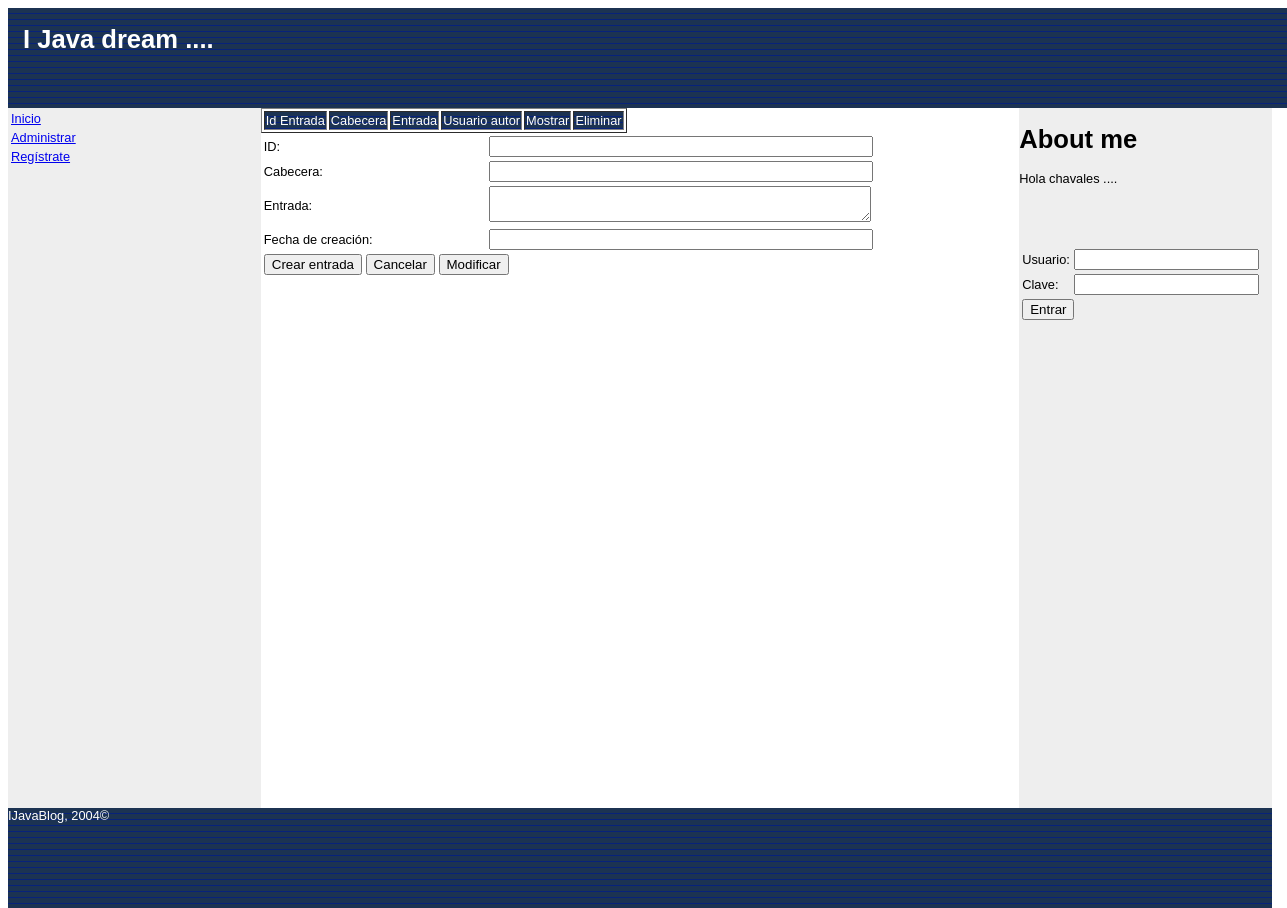
Repository: alruis/IJavaDreamBlog
Page: http://localhost/IJavaBlog/jsp/blog/inicio.jsp
An editor plug-in stored every save of this project. The page is shown before and after the next save, followed by the edit.
The browser window is 1280 px wide. The page is 1287 px wide, so the pictures cover 1287 px, including what lies to the right of the window. The pictures show the whole page.
The page is served by Tomcat 9. Nobody is signed in. The application's start-up code is not run. Other server files are loaded and not shown. The template is opened directly, without the code that normally fills it, so the values that code supplies are empty.

Above is the page before, as saved 2014-09-26 14:22:13.
Console error: ReferenceError: init is not defined

### IJavaBlog/WebContent/jsp/blog/inicio.jsp
<%@ page language="java" contentType="text/html; charset=UTF-8"
    pageEncoding="UTF-8"%>
     <%@page import="model.Entrada"%>
 <%@page import="java.util.List"%>
<%@ taglib prefix="c" uri="http://java.sun.com/jsp/jstl/core" %>
<%@ taglib prefix="form" uri="http://www.springframework.org/tags/form" %>
<!DOCTYPE html>
<html>
<head>
	<meta charset="UTF-8">
	<title>IJavaBlog</title>
	<!-- <link href="css/comun.css" rel="stylesheet" type="text/css" />  -->
	<!--<link href="css/bootstrap.css" rel="stylesheet" type="text/css" />  -->
	<link href="css/ijavablog.css" rel="stylesheet" type="text/css" />

	<script>

	const AGREGAR = 0;
		const MODIFICAR = 1;

		var confirmar = function() {
			var confirmado = confirm("Seguro que deseas eliminar la entrada?");
			return confirmado; // true o false
		};

		var guardar = function(op) {
			var form = document.forms.entradaForm;

			if (op == AGREGAR)
				form.action = "agregarEntrada.blog";
			else if (op == MODIFICAR)
				form.action = "modificarEntrada.blog";

			form.submit();
		};



	</script>


</head>
<body  onload="init()">


<div id="cabecera" class="cabecera"><%@ include file="cabecera.jsp" %></div>
<div id="navegacion" class="navegacion"><%@ include file="navegacion.jsp" %></div>

<div id="errores">
		<c:forEach var="e" items="${errores}">
			${e}<br/>
		</c:forEach>

</div>



	<div id="entradas" class="entradas" >
		<table id="tablaEntradas" border="1">


		<tbody id="tbodyEntradas" >
		<thead id="cabeceraEntradas" >
		<tr class="cabeceras">
		<td>Id Entrada</td>
		<td>Cabecera</td>
		<td>Entrada</td>
		<td>Usuario autor</td>
		<td>Mostrar</td>
		<td>Eliminar</td></tr>

		</thead>
		<%
			// Obteniendo personas que son enviadas desde el Controlador
			List<Entrada> entradas = (List<Entrada>)
			request.getAttribute("entradas");

			if (entradas != null) {
				int num = 1;
				for (Entrada ent : entradas) {
		%>

					<tr>

						<td><%= ent.getIdEntrada() %></td>
						<td><%= ent.getCabeceraEntrada() %></td>
						<td><%= ent.getEntrada() %></td>
						<td><%= ent.getIdusuario() %></td>
						<td><a href="mostrar.blog?idEntrada=<%= ent.getIdEntrada() %>"> Mostrar	</a></td>
						<td><a href="eliminar.blog?idEntrada=<%= ent.getIdEntrada() %>"
								onclick="return confirmar()" >Eliminar
							</a>
						</td>
					</tr>

		<%
				}
			}
		%>
		</tbody>
	</table>


	<!--   <h1>Crear entrada</h1> -->
	<form:form action="agregarEntrada.blog" commandName="entradaForm" method="post">
		<table style="width: 80%;">
		<tr>
				<td>ID:</td>
				<td><form:input path="idEntrada" readonly="true" cssStyle="width:100%"/> </td>
			</tr>
			<tr>
				<td>Cabecera:</td>
				<td><form:input path="cabeceraEntrada" cssStyle="width:100%"/> </td>
			</tr>
			<tr>
				<td>Entrada:</td>
				<td><form:textarea  path="entrada"  cssStyle="width:100%"/> </td>
			</tr>

			<tr>
				<td>Fecha de creación:</td>
				<td><form:input path="fechaCreacion" cssStyle="width:100%"/> </td>
			</tr>
			<tr>
				<td colspan="2">
					<input type="submit" value="Crear entrada"/>
					<!-- <input type="button" value="Agregar entrada" onclick="guardar(AGREGAR)"/> -->
				<input type="button" value="Cancelar" onclick="window.location.href='inicio.blog'"/>
				<input type="button" value="Modificar" onclick="guardar(MODIFICAR)"/>
				</td>
			</tr>
		</table>
	</form:form>
	</div> <!--  Cierre de div de entradas -->

<div  id="enlaces" class="enlaces"><%@ include file="enlaces.jsp" %></div>
<div  id="pie" class="pie">	<%@ include file="pie.jsp" %></div>

</body>
</html>

### IJavaBlog/WebContent/jsp/blog/cabecera.jsp
<%@ page language="java" contentType="text/html; charset=UTF-8"
    pageEncoding="UTF-8"%>
<%@ taglib prefix="c" uri="http://java.sun.com/jsp/jstl/core" %>

<!--  <link href="css/cabecera.css" rel="stylesheet" type="text/css" /> -->
	<!--  <link href="css/bootstrap.css" rel="stylesheet" type="text/css" />  -->

<div id="cabecera" >

	<div onclick="javascript:location.href='index.blog'"><h1>I Java dream ....</h1></div>

</div>

### IJavaBlog/WebContent/jsp/blog/navegacion.jsp
<%@ page language="java" contentType="text/html; charset=UTF-8"
    pageEncoding="UTF-8"%>
<div id="navegacion">
	<table>
	<tr><td><a href='index.blog'">Inicio</a></td></tr>
	<tr><td><a href="administrar.blog"> Administrar</a></td></tr>
	<tr><td><a href="registrarUsuario.blog">Regístrate</a></td></tr>
	</table>

</div>

### IJavaBlog/WebContent/jsp/blog/enlaces.jsp
<%@ page language="java" contentType="text/html; charset=UTF-8"
    pageEncoding="UTF-8"%>
<div id="enlaces">
<div>
	<h1>About me</h1>	Hola chavales ....
</div>
	</br>
	</br>

	</br>
	</br>
	<div>
	<form action="autenticar.blog" method="post">

		<c:choose>
			<c:when test="${empty sessionScope.usuario}">
				<table>
				<tr><td>Usuario:</td><td><input type="text" name="correo"  /> 	</td></tr>
				<tr><td>Clave:</td><td> <input type="text" name="clave" /> 	</td></tr>
				<tr><td colspan=2><input type="submit" value="Entrar" />	</td></tr>
				</table>
			</c:when>
			<c:otherwise>
			<span style="text-align: right;">
				Bienvenido, ${sessionScope.usuario.correo }
				<a href="cerrarSesion.blog">Cerrar sesión</a>
			</span>
			</c:otherwise>
		</c:choose>

	</form>
	</div>
</div>

### IJavaBlog/WebContent/jsp/blog/pie.jsp
<%@ page language="java" contentType="text/html; charset=UTF-8"
    pageEncoding="UTF-8"%>
<div id="pie">
	IJavaBlog, 2004&copy;
</div>

### IJavaBlog/WebContent/css/ijavablog.css
h1 {
	text-align: left;
}

html{
	font-family:Arial, Helvetica, sans-serif;
	font-size:80%;

}

#body {
	clear: both;

}

#registrarUsuario {
	text-align: right;
}


	div.cabecera{
    background:  url("../img/FondoCabecera2.png");
     width:100%;
     height:100px;
     float:left;
     color:white;
     padding-left:15px;


	}

	tr.cabeceras{
	 background:  url("../img/FondoCabecera1.png");
	 color:white;
    background-color:blue;


	}


	div.navegacion{
	background-color:#eeeeee;
    width:20%;
    float:left;
    overflow:hidden;margin:0; padding:0;  position:relative; min-height:700px;

	}

	div.entradas{
	width:60%;
    float:left;


	}

	div.enlaces{
 	background-color:#eeeeee;
    width:20%;
    float:left;

     overflow:hidden;margin:0; padding:0;  position:relative; min-height:700px;

	}


	div.pie{
	 background:  url("../img/FondoCabecera2.png");
      width:100%;
      height:100px;
    color:white;
        float:left;
	}

After the next save:
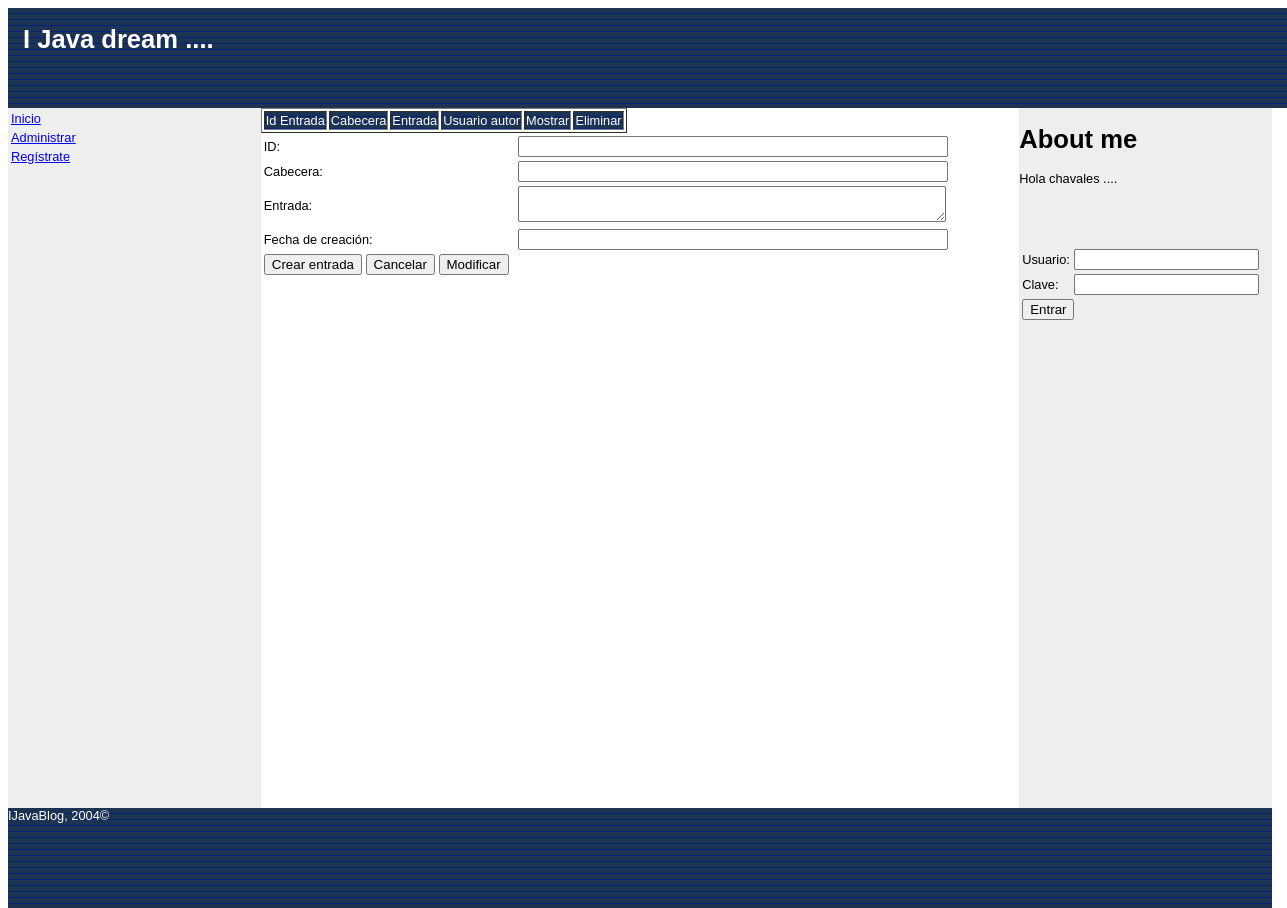
Saved 8 s later.
--- a/IJavaBlog/WebContent/jsp/blog/inicio.jsp
+++ b/IJavaBlog/WebContent/jsp/blog/inicio.jsp
@@ -103,7 +103,7 @@
 
 	<!--   <h1>Crear entrada</h1> -->
 	<form:form action="agregarEntrada.blog" commandName="entradaForm" method="post">
-		<table style="width: 80%;">
+		<table style="width: 90%;">
 		<tr>
 				<td>ID:</td>
 				<td><form:input path="idEntrada" readonly="true" cssStyle="width:100%"/> </td>
